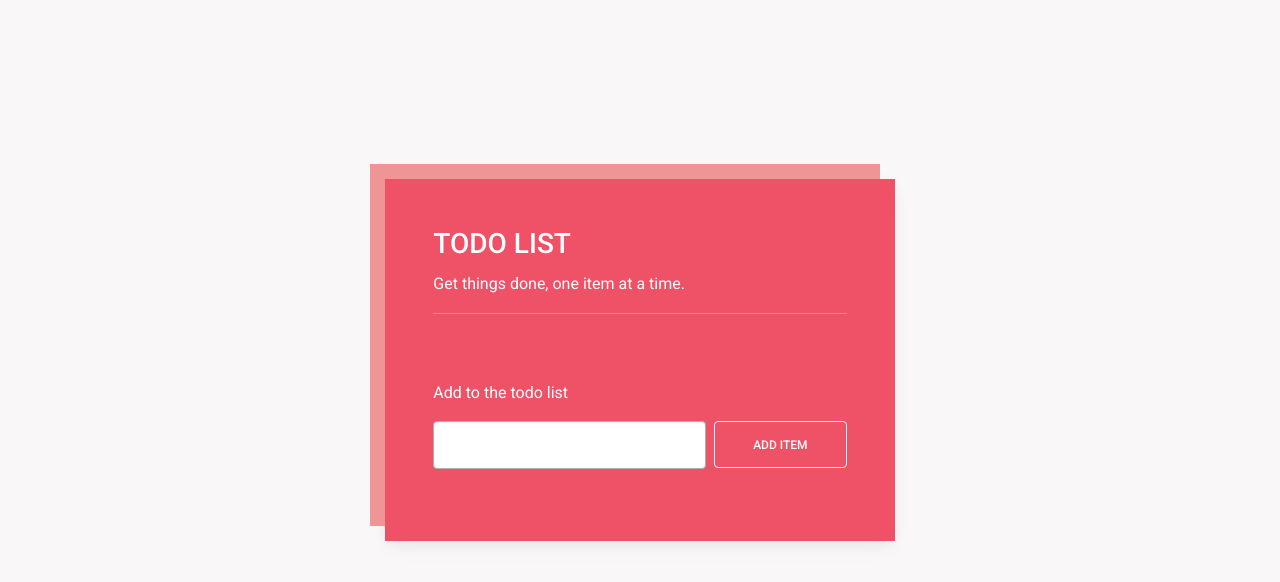
Repository: TinhTT336/MD02_HACKATHON01_HN_JV230620_BS_TranThiTinh_Basic
Page: /
An editor plug-in stored every save of this project. The page is shown before and after the next save, followed by the edit.
The browser window is 1280 px wide. The pictures show the whole page.
Some web libraries are served in a nearby version. The project was rebuilt for these pictures with package versions that can differ from the ones it lists, and the page was loaded fresh each time. Also part of the build but not shown: vite.config.js, src/App.css.

Above is the page before, as saved 2023-09-05 11:59:27.

After the next save:
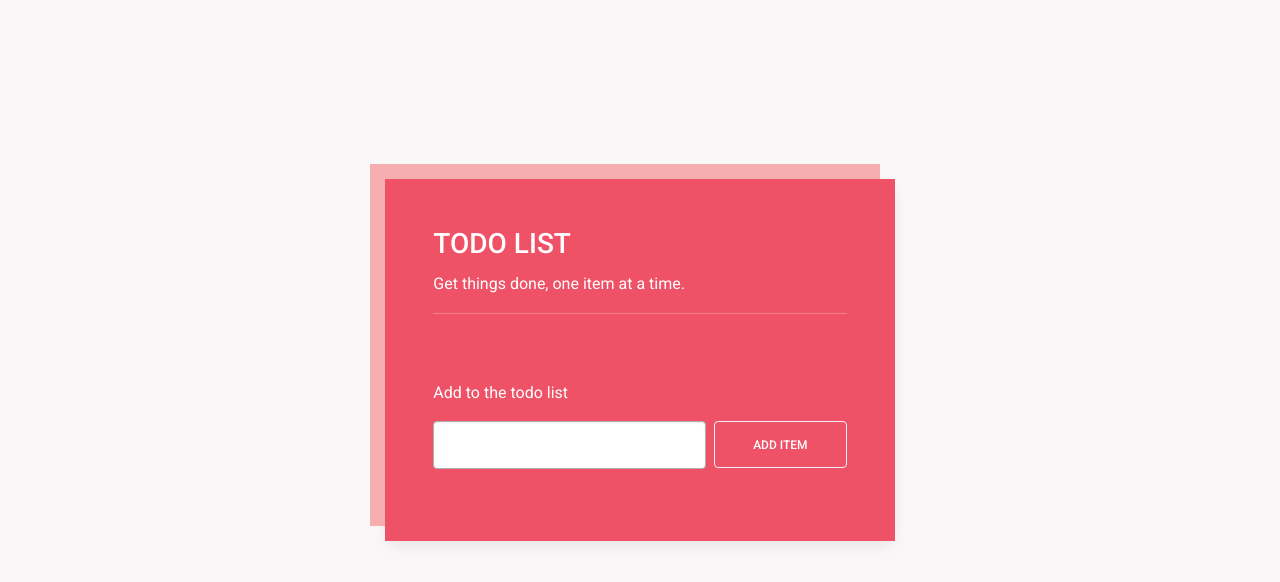
Saved 10 s later.
--- a/src/index.css
+++ b/src/index.css
@@ -77,7 +77,7 @@ body {
 .card-body {
   background-color: #ef5267 !important;
   color: #fff !important;
-  box-shadow: -15px -15px rgb(240, 149, 149) !important;
+  box-shadow: -15px -15px rgb(246, 174, 174) !important;
 }
 .form-control {
   background-color: #fff !important;
